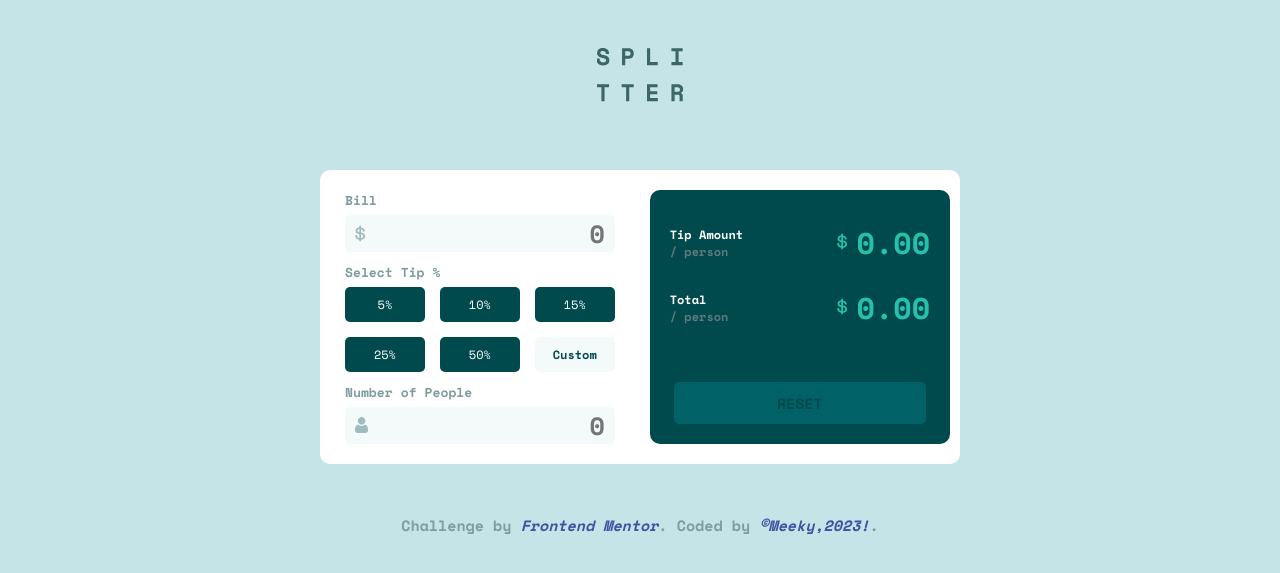
Repository: MeekyBerry/Frontend-Mentor-Challenges
Page: tip-calculator-app/index.html
The author's editor kept a copy of each file at every save. The page is drawn from the files as they stood at one save, then again after the next save.
The browser window is 1280 px wide. The pictures show the whole page.

Above is the page before, as saved 2023-04-07 21:54:11.

### tip-calculator-app/index.html
<!DOCTYPE html>
<html lang="en">

<head>
  <meta charset="UTF-8">
  <meta name="viewport" content="width=device-width, initial-scale=1.0">
  <link rel="icon" type="image/png" sizes="32x32" href="./css/images/favicon-32x32.png">
  <title> Tip calculator app</title>
  <link rel="stylesheet" href="./css/style.css">
  <script src="./script.js" defer></script>
</head>

<body>
  <div class="heading-logo">
    <img src="./css/images/logo.svg" alt="Logo" class="logo">
  </div>

  <form id="form" class="background">
    <div class="first-container">
      <div class="first-container__content">
        <label for="bill">Bill</label>
        <input type="number" id="bill" placeholder="0" class="bill-input__img input-bar">
      </div>

      <div class="tip">
        <div class="tip--heading">Select Tip %</div>
        <div class="percent-container">
          <button type="button" class="percent five">5%</button>
          <button type="button" class="percent ten">10%</button>
          <button type="button" class="percent fiftheen">15%</button>
          <button type="button" class="percent twenty-five">25%</button>
          <button type="button" class="percent fifty">50%</button>
          <button type="button" class="percent custom" id="cst-btn">Custom</button>
        </div>
      </div>
      <div class="first-container__content">
        <div class="people-validate">
          <label for="number">Number of People</label>
          <span id="validate" class="people-zero">Can't be zero</span>
        </div>
        <!-- <div class="icon-box"> -->
          <input type="number" id="people" class="people-input__img input-bar" placeholder="0">
        <!-- </div> -->
      </div>
    </div>

    <div class="second-container">
      <div class="second-container__content">
      <div class="amount">
        <p class="total">Tip Amount <span class="person">/ person</span></p>
        <div class="digit">
          <svg xmlns="http://www.w3.org/2000/svg" >
            <path fill="var(--Strong-cyan)"
              d="M6.016 16.328v-1.464c1.232-.08 2.22-.444 2.964-1.092.744-.648 1.116-1.508 1.116-2.58v-.144c0-.992-.348-1.772-1.044-2.34-.696-.568-1.708-.932-3.036-1.092V4.184c.56.144 1.012.4 1.356.768.344.368.516.816.516 1.344v.288h1.824v-.432c0-.448-.088-.876-.264-1.284a3.783 3.783 0 00-.744-1.116A4.251 4.251 0 007.54 2.9a5.324 5.324 0 00-1.524-.492V.872H4.288V2.36a5.532 5.532 0 00-1.416.324c-.448.168-.84.392-1.176.672-.336.28-.604.616-.804 1.008-.2.392-.3.844-.3 1.356v.144c0 .96.316 1.708.948 2.244.632.536 1.548.884 2.748 1.044v3.912c-.704-.16-1.248-.472-1.632-.936-.384-.464-.576-1.08-.576-1.848v-.288H.256v.576c0 .464.08.924.24 1.38.16.456.404.88.732 1.272.328.392.744.728 1.248 1.008s1.108.476 1.812.588v1.512h1.728zM4.288 7.424c-.688-.128-1.164-.332-1.428-.612-.264-.28-.396-.644-.396-1.092 0-.464.176-.832.528-1.104.352-.272.784-.448 1.296-.528v3.336zm1.728 5.712V9.344c.768.128 1.328.328 1.68.6.352.272.528.688.528 1.248 0 .544-.196.984-.588 1.32-.392.336-.932.544-1.62.624z" />
          </svg>
          <span id="tip-amount" class="amount-span">0.00</span>
        </div>
      </div>

      <div class="amount">
        <p class="total">Total <span class="person">/ person</span></p>
        <div class="digit">
          <svg xmlns="http://www.w3.org/2000/svg">
            <path fill="var(--Strong-cyan)"
              d="M6.016 16.328v-1.464c1.232-.08 2.22-.444 2.964-1.092.744-.648 1.116-1.508 1.116-2.58v-.144c0-.992-.348-1.772-1.044-2.34-.696-.568-1.708-.932-3.036-1.092V4.184c.56.144 1.012.4 1.356.768.344.368.516.816.516 1.344v.288h1.824v-.432c0-.448-.088-.876-.264-1.284a3.783 3.783 0 00-.744-1.116A4.251 4.251 0 007.54 2.9a5.324 5.324 0 00-1.524-.492V.872H4.288V2.36a5.532 5.532 0 00-1.416.324c-.448.168-.84.392-1.176.672-.336.28-.604.616-.804 1.008-.2.392-.3.844-.3 1.356v.144c0 .96.316 1.708.948 2.244.632.536 1.548.884 2.748 1.044v3.912c-.704-.16-1.248-.472-1.632-.936-.384-.464-.576-1.08-.576-1.848v-.288H.256v.576c0 .464.08.924.24 1.38.16.456.404.88.732 1.272.328.392.744.728 1.248 1.008s1.108.476 1.812.588v1.512h1.728zM4.288 7.424c-.688-.128-1.164-.332-1.428-.612-.264-.28-.396-.644-.396-1.092 0-.464.176-.832.528-1.104.352-.272.784-.448 1.296-.528v3.336zm1.728 5.712V9.344c.768.128 1.328.328 1.68.6.352.272.528.688.528 1.248 0 .544-.196.984-.588 1.32-.392.336-.932.544-1.62.624z" />
          </svg>
          <span id="total-amount" class="amount-span">0.00</span>
        </div>
      </div>
      </div>
      <div class="btn-wrapper">
        <button type="reset" id="reset" class="btn">Reset</button>
      </div>
    </div>
  </form>

  <div class="attribution">
    Challenge by <a href="https://www.frontendmentor.io?ref=challenge" target="_blank">Frontend Mentor</a>.
    Coded by <a href="https://www.linkedin.com/in/mikkylanky/" target="_blank">&copy;Meeky,2023!</a>.
  </div>
</body>

</html>

### tip-calculator-app/css/style.css
@import url("https://fonts.googleapis.com/css2?family=Space+Mono:wght@400;700&display=swap");

:root {
  /* ### Primary */
  --Strong-cyan: hsl(172, 67%, 45%);
  /* ### Neutral */
  --Very-dark-cyan: hsl(183, 100%, 15%);
  --Dark-grayish-cyan: hsl(186, 14%, 43%);
  --Grayish-cyan: hsl(184, 14%, 56%);
  --Light-grayish-cyan: hsl(185, 41%, 84%);
  --Very-light-grayish-cyan: hsl(189, 41%, 97%);
  --White: hsl(0, 0%, 100%);
  --dark-blue: hsl(228, 45%, 44%);
}

html {
  font-size: 50%;
}

*,
::before,
::after {
  margin: 0;
  padding: 0;
  box-sizing: border-box;
}

body {
  font-size: 1.8rem;
  font-family: "Space Mono", sans-serif;
  font-weight: 700;
  background-color: var(--Light-grayish-cyan);
  color: var(--Grayish-cyan);
  height: 100%;
  width: 100%;
}

.heading-logo {
  height: 15rem;
  width: 100%;
  position: relative;
}

.logo {
  position: absolute;
  top: 50%;
  left: 50%;
  transform: translate(-50%, -50%);
}

.background {
  display: flex;
  flex-direction: column;
  justify-content: space-around;
  gap: 1rem;
  background-color: var(--White);
  height: 100%;
  width: 60%;
  border-radius: 1rem;
  padding: 2rem 1rem;
  margin: 2rem auto;
  -webkit-border-radius: 1rem;
  -moz-border-radius: 1rem;
  -ms-border-radius: 1rem;
  -o-border-radius: 1rem;
}

.first-container {
  width: 100%;
  display: flex;
  flex-direction: column;
  align-items: center;
}

.first-container__content {
  display: flex;
  flex-direction: column;
  justify-content: center;
  align-items: center;
  gap: .5rem;
  width: 90%;
}

.people-validate {
  display: flex;
  justify-content: space-between;
  align-items: center;
  gap: 1rem;
  width: 100%;
}

.people-zero {
  color: red;
  font-size: 1rem;
  font-family: "Space Mono", sans-serif;
  font-weight: 400;
  align-self: flex-end;
  display: none;
}

label {
  font-size: 1.3rem;
  align-self: flex-start;
}

.input-bar {
  display: flex;
  justify-content: space-between;
  align-items: center;
  width: 100%;
  border: none;
  border-radius: .5rem;
  font-size: 2.5rem;
  font-family: "Space Mono", sans-serif;
  font-weight: 700;
  text-align: end;
  padding: 0 1rem 0 3rem;
}

.input-bar:focus {
  outline-color: var(--Strong-cyan);
}

.bill-input__img {
  background: url(../css/images/icon-dollar.svg) no-repeat var(--Very-light-grayish-cyan) 1rem 1rem;
  padding: 0 1rem 0 3rem;
}

.people-input__img {
  background: url(../css/images/icon-person.svg) no-repeat var(--Very-light-grayish-cyan) 1rem 1rem;
  padding: 0 1rem 0 3rem;
}

/* Remove Arrows/Spinners ON INPUT */
input::-webkit-outer-spin-button,
input::-webkit-inner-spin-button {
  -webkit-appearance: none;
}

/* Firefox */
input[type="number"] {
  -moz-appearance: textfield;
}

.tip {
  padding: 1rem 0;
  width: 90%;
}

.tip--heading {
  font-size: 1.3rem;
  margin-bottom: .5rem;
}

.percent-container {
  display: grid;
  grid-template-columns: repeat(2, 1fr);
  grid-template-rows: repeat(3, 1fr);
  grid-template-areas:
    "five ten"
    "fiftheen twentyFive"
    "fifty custom";
  place-items: center;
  gap: 1.5rem;
}

.percent {
  background-color: var(--Very-dark-cyan);
  color: var(--White);
  text-align: center;
  border: none;
  font-size: 1.2rem;
  font-family: "Space Mono", sans-serif;
  width: 100%;
  height: 3.5rem;
  border-radius: .5rem;
  -webkit-border-radius: .5rem;
  -moz-border-radius: .5rem;
  -ms-border-radius: .5rem;
  -o-border-radius: .5rem;
}

.percent:active {
  background-color: var(--Light-grayish-cyan);
  color: var(--Very-dark-cyan);
  font-weight: 700;
}

.five {
  grid-area: five;
}

.ten {
  grid-area: ten;
}

.fiftheen {
  grid-area: fiftheen;
}

.twenty-five {
  grid-area: twentyFive;
}

.fifty {
  grid-area: fifty;
}

.custom {
  grid-area: custom;
  background-color: var(--Very-light-grayish-cyan);
  color: var(--Very-dark-cyan);
  font-weight: 700;
}

.custom-input {
  background-color: var(--Very-light-grayish-cyan);
  color: var(--Very-dark-cyan);
  border: none;
  padding: 0 1rem;
  font-size: 1.5rem;
  font-weight: 700;
  text-align: end;
  width: 100%;
  height: 100%;
  border-radius: .5rem;
  -webkit-border-radius: .5rem;
  -moz-border-radius: .5rem;
  -ms-border-radius: .5rem;
  -o-border-radius: .5rem;
}

.custom-input:focus {
  outline-color: var(--Strong-cyan);
}

.second-container {
  background-color: var(--Very-dark-cyan);
  border-radius: 1rem;
  padding: 2rem 1rem;
  width: 90%;
  margin: 0 auto;
}

.second-container__content {
  display: flex;
  flex-direction: column;
  justify-content: space-between;
}

.amount {
  display: flex;
  justify-content: space-between;
  align-items: center;
  gap: .5rem;
  padding: 1rem;
}

.total {
  color: var(--White);
  font-size: 1.2rem;
}

.person {
  display: block;
  font-size: rem;
  color: var(--Dark-grayish-cyan);
}

.digit {
  display: flex;
  align-items: center;
  justify-content: center;
}

svg {
  width: 2rem;
  height: 2rem;
}

.amount-span {
  font-size: 3rem;
  color: var(--Strong-cyan);
}

.btn-wrapper {
  display: flex;
  justify-content: center;
  align-items: center;
  margin-top: 1rem;
}

.btn {
  width: 90%;
  padding: 1rem;
  background-color: hsl(183, 100%, 20%);
  color: var(--Very-dark-cyan);
  border: none;
  text-transform: uppercase;
  font-size: 1.5rem;
  font-weight: 700;
  font-family: "Space Mono", sans-serif;
  border-radius: .5rem;
  -webkit-border-radius: .5rem;
  -moz-border-radius: .5rem;
  -ms-border-radius: .5rem;
  -o-border-radius: .5rem;
}

.attribution {
  font-size: 1.5rem;
  text-align: center;
  margin-top: 5rem;
}

.attribution a {
  color: var(--dark-blue);
  text-decoration: none;
  font-style: italic;
}

@media only screen and (min-width: 600px) {
  html {
    font-size: 56.25%
  }

  .background {
    width: 40%;
  }
}

@media only screen and (min-width: 900px) {
  html {
    font-size: 62.5%;
  }

  .background {
    width: 50%;
    height: 50%;
    margin: 2rem auto;
    flex-direction: row;
    gap: 2rem;
    /* padding: 1rem; */
  }

  .first-container {
    display: flex;
    flex-direction: column;
    justify-content: space-around;
    flex-basis: 50%;
  }

  .percent-container {
    grid-template-columns: repeat(3, 1fr);
    grid-template-rows: repeat(2, 1fr);
    grid-template-areas:
      "five ten fiftheen"
      "twentyFive fifty custom";
  }

  .second-container {
    display: flex;
    flex-direction: column;
    flex-basis: 50%;
  }

  .btn-wrapper {
    margin-top: auto;
  }
}

### tip-calculator-app/script.js
// 1. Get the bill amount from the input field
const billInput = document.getElementById("bill");
// 2. Get the tip percentage from the Button array
const tipButtons = document.querySelectorAll(".percent");
// 2.1. The percentage array contains a Custom button which toggles to input field when clicked
const customButton = document.querySelector(".custom");
// 2.2. Get the custom percentage from the input field
const customInput = document.createElement("input");
// Add style class to created customInput element
// customInput.classList.add('custom-input');
// 3. Get the number of people from the input field
const peopleInput = document.getElementById("people");
// 4. Calculate the tip amount per person;
const tipAmountSpan = document.getElementById("tip-amount");
// 5. Calculate the total cost per person
const totalAmountSpan = document.getElementById("total-amount");
// 6. Display the tip amount per person
const resetButton = document.getElementById("reset");
const validatePeople = document.getElementById("validate");

let bill = 0;
let tipPercentage = 0;
let customPercentage = 0;
let people = 0;

let inputPeople = false;
let error = true;

// calculate tip and total amount
const calculateTip = () => {
  if (people > 0) {
    inputPeople = true;
    let tip = (bill * (tipPercentage + customPercentage)) / 100;
    let total = bill + tip;
    let tipPerPerson = tip / people;
    let totalPerPerson = total / people;
    tipAmountSpan.textContent = `${tipPerPerson.toFixed(2)}`;
    totalAmountSpan.textContent = `${totalPerPerson.toFixed(2)}`;
  }
};

// add event listener for bill input
billInput.addEventListener("input", () => {
  bill = Number(billInput.value);
  calculateTip();
  disableReset();
});

// add event listener for people input
peopleInput.addEventListener("input", () => {
  if (peopleInput.value === "0") {
    validatePeople.style.display = "block";
    peopleInput.style.outlineColor = "red";
  } else {
    validatePeople.style.display = "none";
    peopleInput.style.outlineColor = "hsl(172, 67%, 45%)";
    people = Number(peopleInput.value);
    calculateTip();
    disableReset();
  }
});

// add event listeners for tip buttons
tipButtons.forEach((button) => {
  button.addEventListener("click", () => {
    if (button.classList.contains("custom")) {
      customInput.type = "number";
      customInput.value = "";
      customInput.classList.add("custom-input");
      if (button.parentNode) {
        button.parentNode.replaceChild(customInput, button);
        customInput.focus();
      }
    } else {
      tipPercentage = Number(button.textContent.replace("%", ""));
      calculateTip();
    }
  });
});

// add event listener for custom input
customInput.addEventListener("input", () => {
  customPercentage = Number(customInput.value);
  calculateTip();
});

// add event listener for reset button
resetButton.addEventListener("click", () => {
  billInput.value = "";
  peopleInput.value = "";
  tipAmountSpan.textContent = "0.00";
  totalAmountSpan.textContent = "0.00";
  bill = 0;
  tipPercentage = 0;
  customPercentage = 0;
  people = 0;
  if (customInput.parentNode) {
    customInput.parentNode.replaceChild(customButton, customInput);
  }
  resetButton.disabled = true;
  disableReset();
  validatePeople.style.display = "none";
});

// disable reset button
const disableReset = () => {
  if (billInput.value.trim() === "" && peopleInput.value.trim() === "") {
    resetButton.disabled = true;
    resetButton.style.backgroundColor = "hsl(183, 100%, 25%)";
  } else {
    resetButton.disabled = false;
    resetButton.style.backgroundColor = "hsl(172, 67%, 45%)";
  }
};

// add event listeners for reset button for the active state
resetButton.addEventListener("mousedown", () => {
  resetButton.style.backgroundColor = "hsl(185, 41%, 84%)";
});

resetButton.addEventListener("mouseup", () => {
  resetButton.style.backgroundColor = "hsl(183, 100%, 25%)";
});

After the next save:
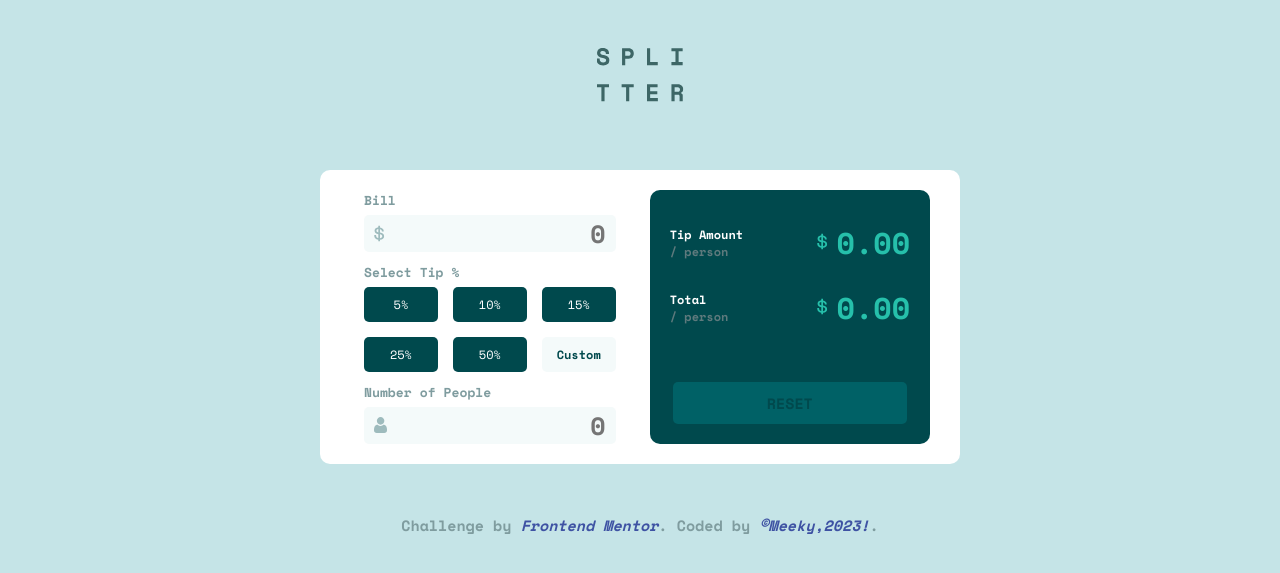
Saved 56 s later.
--- a/tip-calculator-app/css/style.css
+++ b/tip-calculator-app/css/style.css
@@ -340,7 +340,7 @@ svg {
     margin: 2rem auto;
     flex-direction: row;
     gap: 2rem;
-    /* padding: 1rem; */
+    padding: 2rem 3rem;
   }
 
   .first-container {
